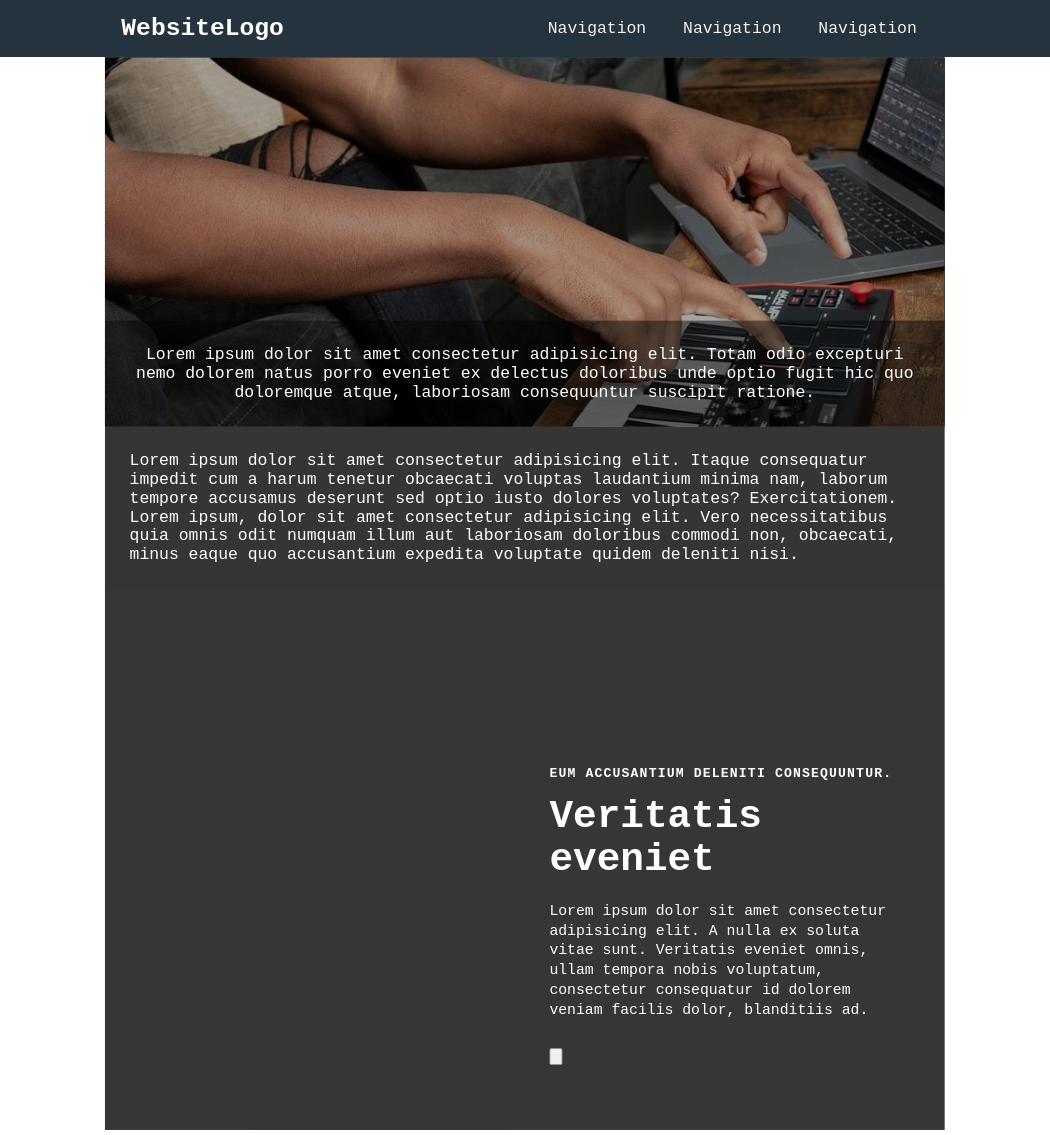
Repository: piotrokrutniak/Projekt-Studia
Page: index.html
These files come from the project's save history. The page is drawn as it stood at one moment and after the next save; the edit follows.
The browser window is 1280 px wide. The pictures show the whole page, at 82% of full size.

Above is the page before, as saved 2023-03-04 15:14:18.

### index.html
<!DOCTYPE html>
<head>
    <meta charset="UTF-8" />
    <meta http-equiv="X-UA-Compatible" content="IE=edge" />
    <meta name="viewport" content="width=device-width, initial-scale=1.0" />
    <link rel="stylesheet" type="text/css" href="styles.css" />
    <title>Website Title</title>
</head>
<body>
    <div class="navbar-container">
        <div class="navbar">
            <div class="logo">
                <div class="logo-contents">
                    WebsiteLogo
                </div>
            </div>
            <div class="navigation">
                <a href="/index" class="navigation-link">
                    <div class="navigation-button">
                        Navigation
                    </div>
                </a>
                <a href="/index" class="navigation-link">
                    <div class="navigation-button">
                        Navigation
                    </div>
                </a>
                <a href="/index" class="navigation-link">
                    <div class="navigation-button">
                        Navigation
                    </div>
                </a>
            </div>
        </div>
    </div>

    <div class="main-section">
        <div class="carousel-section">
            <img class="carousel-img" src="img/Hero-2.jpg" alt="MIDI controller on a table">
            <div class="carousel-desc">
                Lorem ipsum dolor sit amet consectetur adipisicing elit. Totam odio excepturi nemo dolorem natus porro eveniet ex delectus doloribus unde optio fugit hic quo doloremque atque, laboriosam consequuntur suscipit ratione.
            </div>
        </div>

        <div class="text-section">
        Lorem ipsum dolor sit amet consectetur adipisicing elit. Itaque consequatur impedit cum a harum tenetur obcaecati voluptas laudantium minima nam, laborum tempore accusamus deserunt sed optio iusto dolores voluptates? Exercitationem.
        Lorem ipsum, dolor sit amet consectetur adipisicing elit. Vero necessitatibus quia omnis odit numquam illum aut laboriosam doloribus commodi non, obcaecati, minus eaque quo accusantium expedita voluptate quidem deleniti nisi.
        </div>

        <div class="post-container">
            <div class="post-wrapper">
                <div class="info-row">
                    <div class="left-column">
                        <div class="text-wrapper">
                            <div class="top-text">Eum accusantium deleniti consequuntur.</div>
                            <div class="title">Veritatis eveniet</div>
                            <div class="subtitle">Lorem ipsum dolor sit amet consectetur adipisicing elit. A nulla ex soluta vitae sunt. Veritatis eveniet omnis, ullam tempora nobis voluptatum, consectetur consequatur id dolorem veniam facilis dolor, blanditiis ad.</div>
                            <div class="btn-wrap">
                                <input type="button" class="button">
                            </div>
                        </div>
                    </div>
                </div>
            </div>
        </div>


    </div>
</body>

### styles.css
:root{
    --nav-link-width: 150px;
}

body{
    font-family: monospace;
    margin: 0;
    min-width: 328px;
    color: white;
}

.navbar-container{
    width: 100%;
    height: 70px;
    background: rgb(36, 51, 61);
    position: sticky;
    top: 0;
    max-width: 100%;
    overflow: hidden;
    z-index: 999;

}

.navbar{
    position: relative;
    max-width: 1024px;
    min-width: 328px;
    height: 50px;
    top: 0px;
    margin: auto;
    display: flex;
    flex-direction:row;
    justify-content: space-between;
    top: 50%;
    -ms-transform: translateY(-50%);
    transform: translateY(-50%);
    font-size: 20px;
}

a{
    text-decoration: none;
    color:rgba(245, 242, 238);
}

.navigation{
    display: grid;
    grid-template-columns: var(--nav-link-width) var(--nav-link-width) var(--nav-link-width);
    grid-gap: 15px;
    padding-right: 20px;
}

.navigation-link{
    position: relative;
    padding-left: 15px;
    padding-right: 15px;
    transition: 0.15s;
    transition-timing-function: ease-in-out;
    border: 1px solid;
    border-radius: 5px;
    border-color: rgba(255, 255, 255, 0);
}

.navigation-link:hover{
    border-color: rgba(255, 255, 255, 0.103);

}

.navigation-button{
    text-align: center;
    position: relative;
    top: 50%;
    -ms-transform: translateY(-50%);
    transform: translateY(-50%);
}

.logo{
    position: relative;
    height: 49px;
    padding-left: 20px;
    padding-right: 20px;
    font-weight: 900;
    font-size: 30px;
}

.logo-contents{
    text-align: center;
    position: relative;
    top: 50%;
    -ms-transform: translateY(-50%);
    transform: translateY(-50%);
}

.main-section{
    position: relative;
    max-width: 1024px;
    min-width: 328px;
    min-height: calc(100vh - 70px);
    margin: auto;
    font-size: 20px;
    background: rgb(53, 53, 53);
}

.carousel-section{
    position: relative;
    width: 100%;
    height: 450px;
    background: floralwhite;
}

@media screen and (max-width:750px){
    .carousel-section{
        min-height: 300px;
        height: auto;
    }
}

.carousel-section{
    background: black;
    max-width: 100%;
    width: 100%;
    text-align:center;
    position: sticky;
    margin: auto;
    max-height:calc(100vh - 80px);
    min-height: 250px;
    overflow: hidden;
}

.carousel-img{
    width: 100%;
    max-height:calc(100vh - 80px);
    display: flex;
    position: sticky;
    flex-shrink:0;
    object-fit:cover;
    min-height: 250px;
    object-fit: cover;
    opacity: 0.65;
}

.carousel-desc{
    position: absolute;
    bottom: 0px;
    width: calc(100% - 60px);
    max-width: 100%;
    background: rgba(0, 0, 0, 0.459);
    max-height: 20%;
    min-height: 50px;
    max-width: 1024px;
    min-width: 328px;
    padding: 30px;
}

.text-section{
    padding: 30px;
}

.post-container{
    color: white;
    max-width: 100%;
    /*
    background: ${({lightBg}) => (lightBg ? 'rgba(60,60,60,0.2)': '#f9f9f9')};
    */
    background: rgba(60,60,60,0.2);
    margin: auto;
    padding-top:20px;
    border-left: transparent solid 10px;
    border-right: transparent solid 10px;
}

.post-wrapper{
    display: grid;
    z-index:1;
    min-height:calc(100vh - 80px);
    width: 100%;
    max-width:100%;
    max-height: 400px;
    margin-right:auto;
    margin-left:auto;
    justify-content:center;
}

@media screen and (min-width:1023px){
    .post-wrapper{
    max-width:1000px;
    }
}

.info-row{
    display:grid;
    grid-auto-columns:minmax(358px,1fr);
    align-items:center;
    grid-template-areas: LeftColumn RightColumn;
    /*
    grid-template-areas: ${({imgStart})=>(imgStart ? `'RightColumn LeftColumn'`:`'LeftColumn RightColumn'`)};
    */

}

@media screen and (max-width:1023px){
    .info-row{
    /*
    grid-template-areas: ${({imgStart})=>(imgStart ? `'RightColumn' 'LeftColumn'`:`'RightColumn' 'LeftColumn'`)};
    */

    max-width:600px;
    margin: auto;
    }
}

.left-column{
    margin-bottom:15px;
    border-top: 20px solid transparent;
    max-width: 100%;
    grid-area: LeftColumn;
    display: flex;
    flex-direction: column;
    align-items: center;
    border-left: solid 30px transparent;
}

@media screen and (max-width: 760px){
    .left-column{
    border-left: solid 0px transparent;
    }
}

.right-column{
    margin-bottom:15px;
    max-width: 100%;
    grid-area: RightColumn;
    display: flex;
    flex-direction: column;
    justify-items:center;
    align-items: center;
    margin: auto;
}

@media screen and (max-width: 760px){
    .right-column{
        padding: 0 0 !important;
    }
}

.text-wrapper{
    max-width: 540px;
    padding-top:0;
    padding-bottom:5px;
}

.top-text{
    color: white;
    font-size:16px;
    font-weight:700;
    letter-spacing:1.4px;
    text-transform:uppercase;
    margin-bottom:16px;
    /*
    color: ${({darkText}) => (darkText ? 'white' : 'Black')};
    */
}

.title{
    margin-bottom:24px;
    font-size:48px;
    line-height:1.1;
    font-weight:600;
    color: white;
}

@media screen and (max-width:480px){
    .title{
        font-size:32px;
    }
}

.subtitle{
    max-width:440px;
    margin-bottom:35px;
    font-size: 18px;
    line-height: 24px;
    color: white;
}

.btn-wrap{
    display:flex;
    justify-content: flex-start;
}

After the next save:
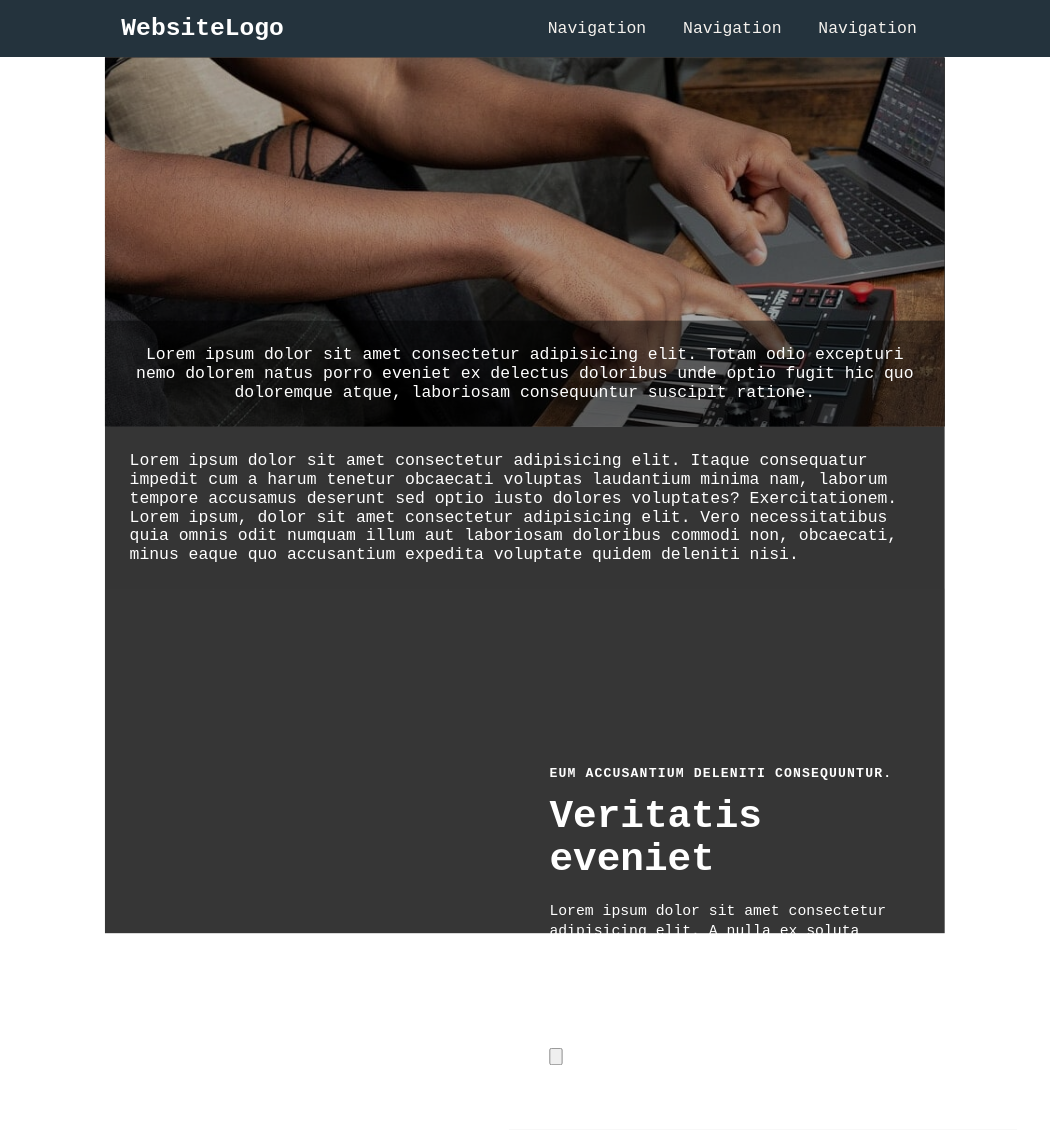
Saved 9 s later.
--- a/styles.css
+++ b/styles.css
@@ -161,6 +161,7 @@
     /*
     background: ${({lightBg}) => (lightBg ? 'rgba(60,60,60,0.2)': '#f9f9f9')};
     */
+    max-height: 400px;
     background: rgba(60,60,60,0.2);
     margin: auto;
     padding-top:20px;

After the 2 saves that followed:
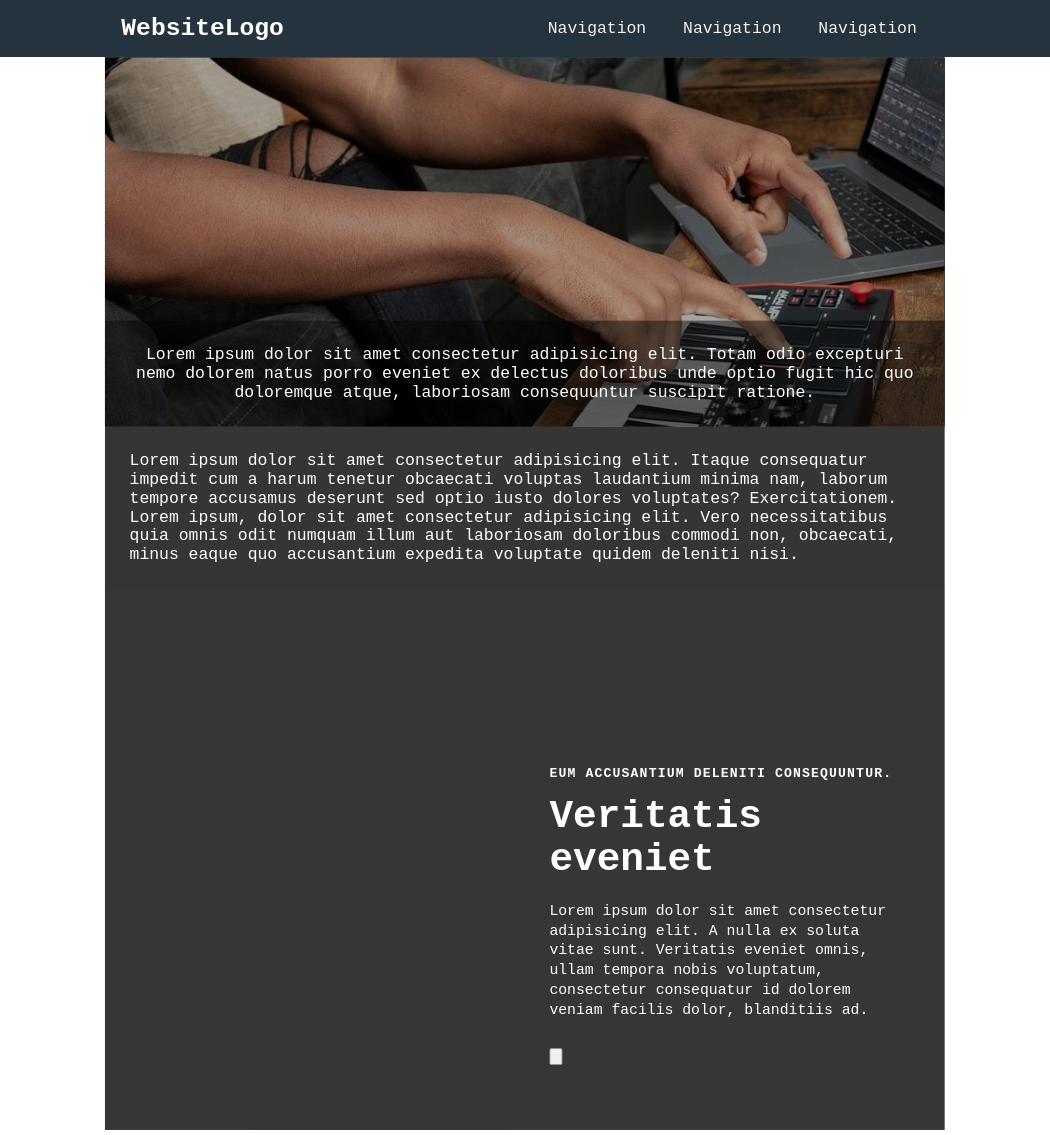
The 2 saves are shown as one change because 1 left the picture as it was.
The last was saved 51 s later.
--- a/styles.css
+++ b/styles.css
@@ -161,7 +161,6 @@
     /*
     background: ${({lightBg}) => (lightBg ? 'rgba(60,60,60,0.2)': '#f9f9f9')};
     */
-    max-height: 400px;
     background: rgba(60,60,60,0.2);
     margin: auto;
     padding-top:20px;
